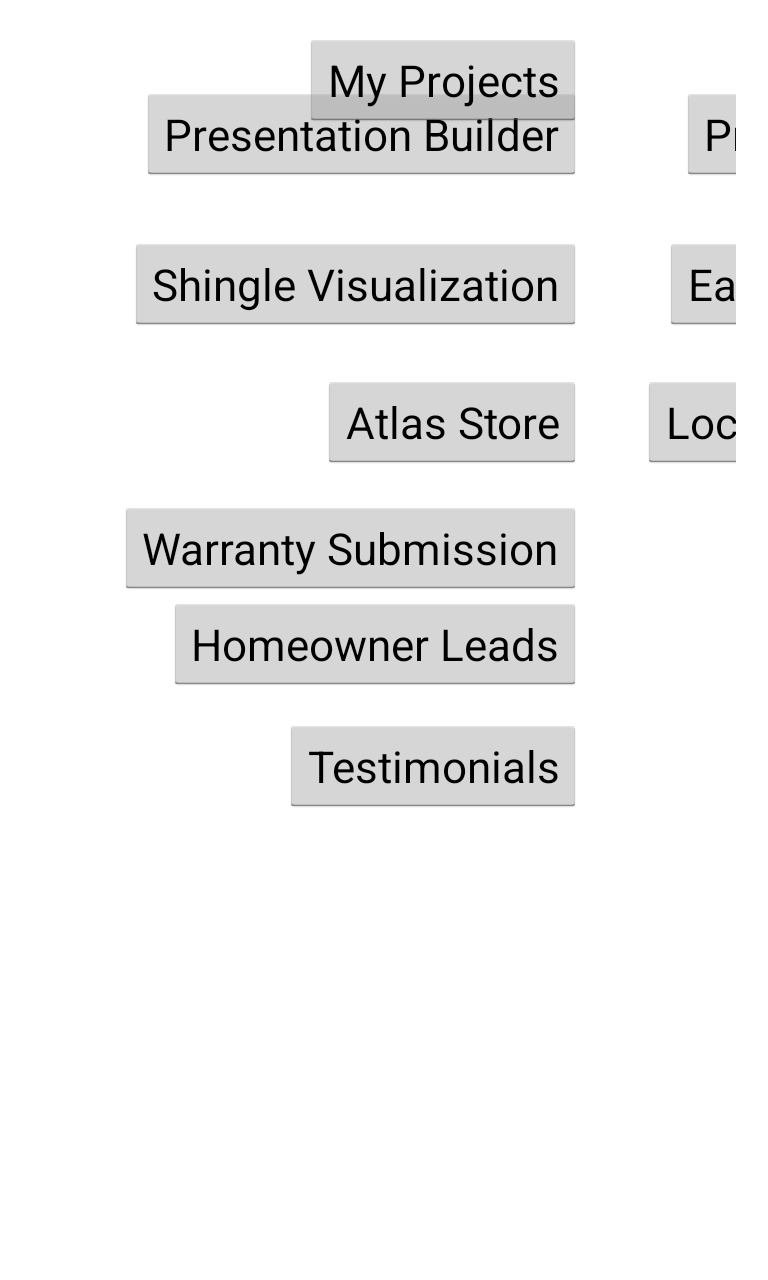
Repository: bnnadi/Android_dev
Layout: First/res/layout/fragment_home.xml
The author's editor kept a copy of each file at every save. The layout is drawn from the files as they stood at one save, then again after the next save.
It is drawn on a 768 x 1280 px phone screen (xhdpi) without system bars, with theme AppTheme; the app's code is not run.

Above is the layout before, as saved 2014-06-26 17:26:54.

After the next save:
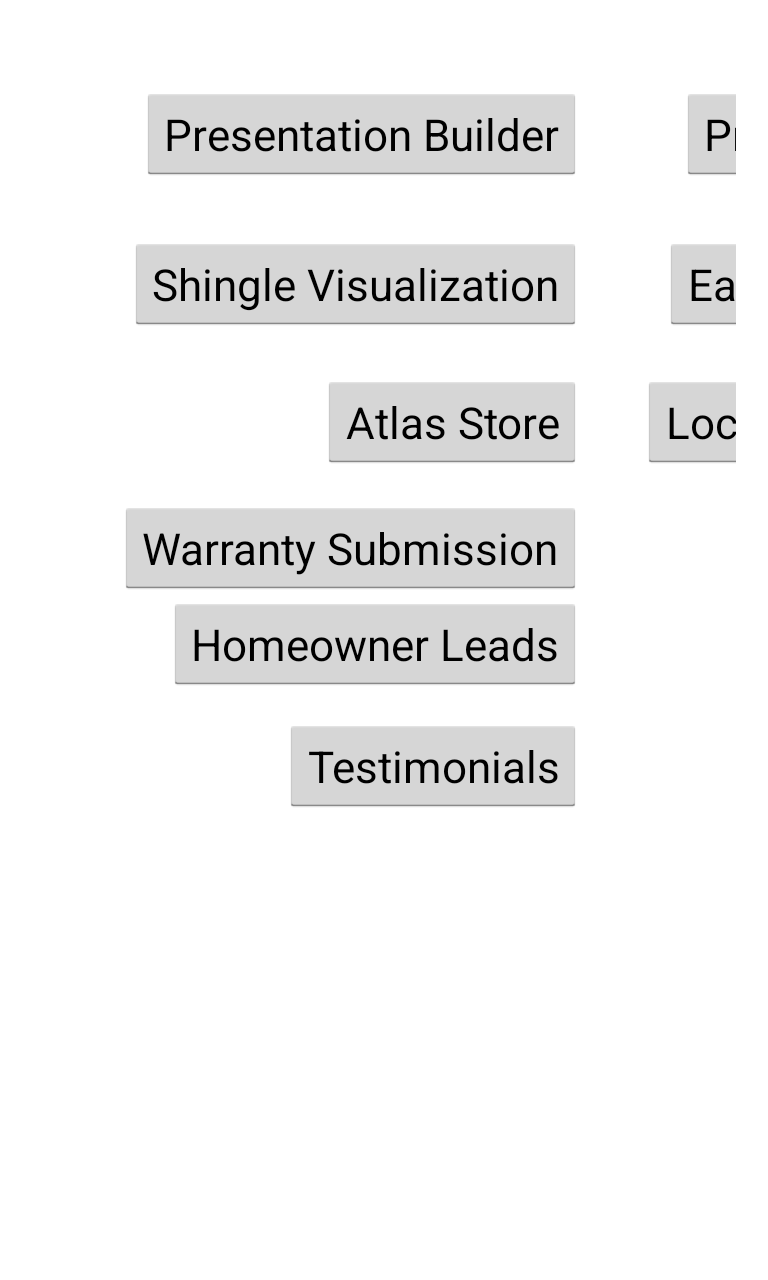
Saved 42 s later.
--- a/First/res/layout/fragment_home.xml
+++ b/First/res/layout/fragment_home.xml
@@ -54,7 +54,7 @@
 	    android:id="@+id/Estimates_btn"
 	    android:layout_width="wrap_content"
 	    android:layout_height="wrap_content"
-	    android:layout_above="@+id/PrudoctLit_btn"
+	    android:layout_above="@+id/ProductLit_btn"
 	    android:layout_alignRight="@+id/ProductLit_btn"
 	    android:layout_marginBottom="34dp"
 	    android:text="@string/button_estimates"
